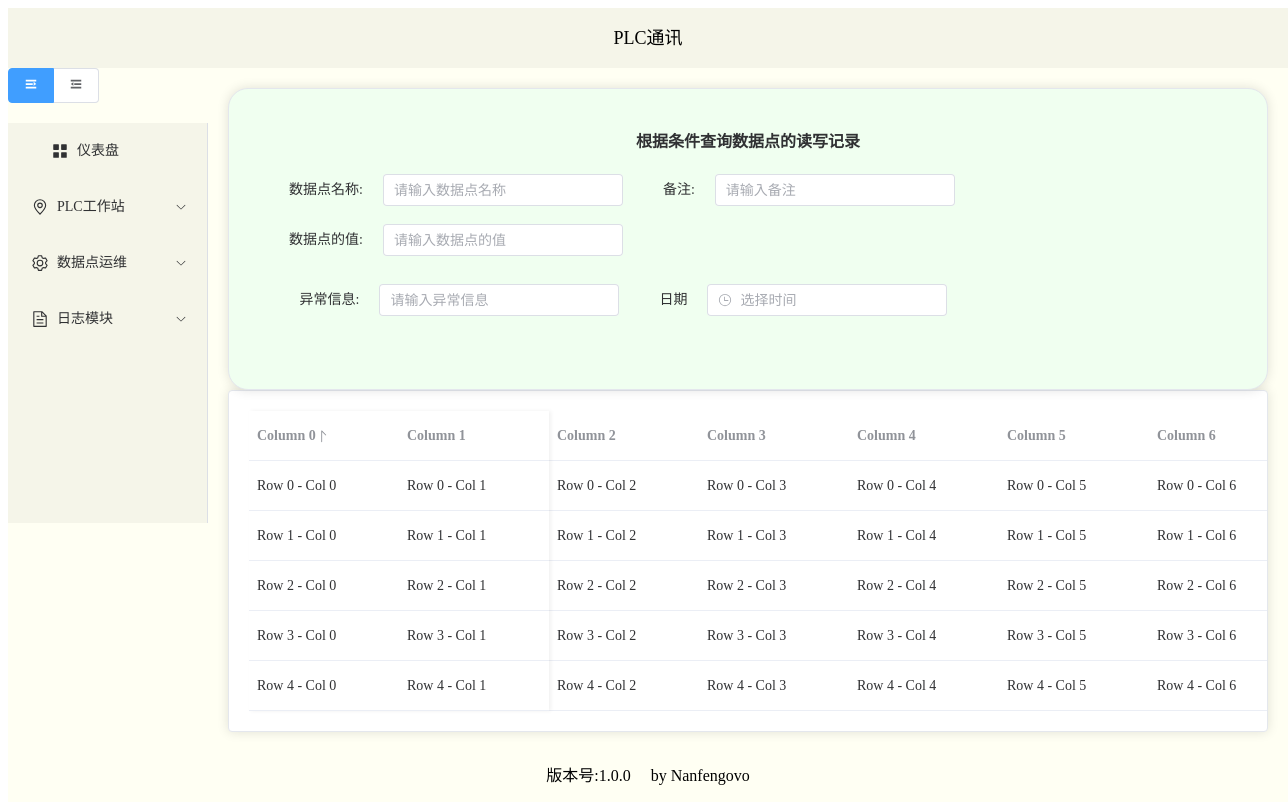
Repository: nanfengovo/HelperWorkStation
Page: /#/frameWork/PLCWorkstation/S7 (app in HelperWorkStation/plchelper-ui/)
An editor plug-in stored every save of this project. The page is shown before and after the next save, followed by the edit.
The browser window is 1280 px wide. The page is 1288 px wide, so the pictures cover 1288 px, including what lies to the right of the window. The pictures show the whole page.
The project was rebuilt for these pictures with package versions that can differ from the ones it lists, and the page was loaded fresh each time. Also part of the build but not shown: HelperWorkStation/plchelper-ui/vite.config.ts, HelperWorkStation/plchelper-ui/src/views/Login/index.vue.

Above is the page before, as saved 2025-02-16 21:59:11.

After the next save:
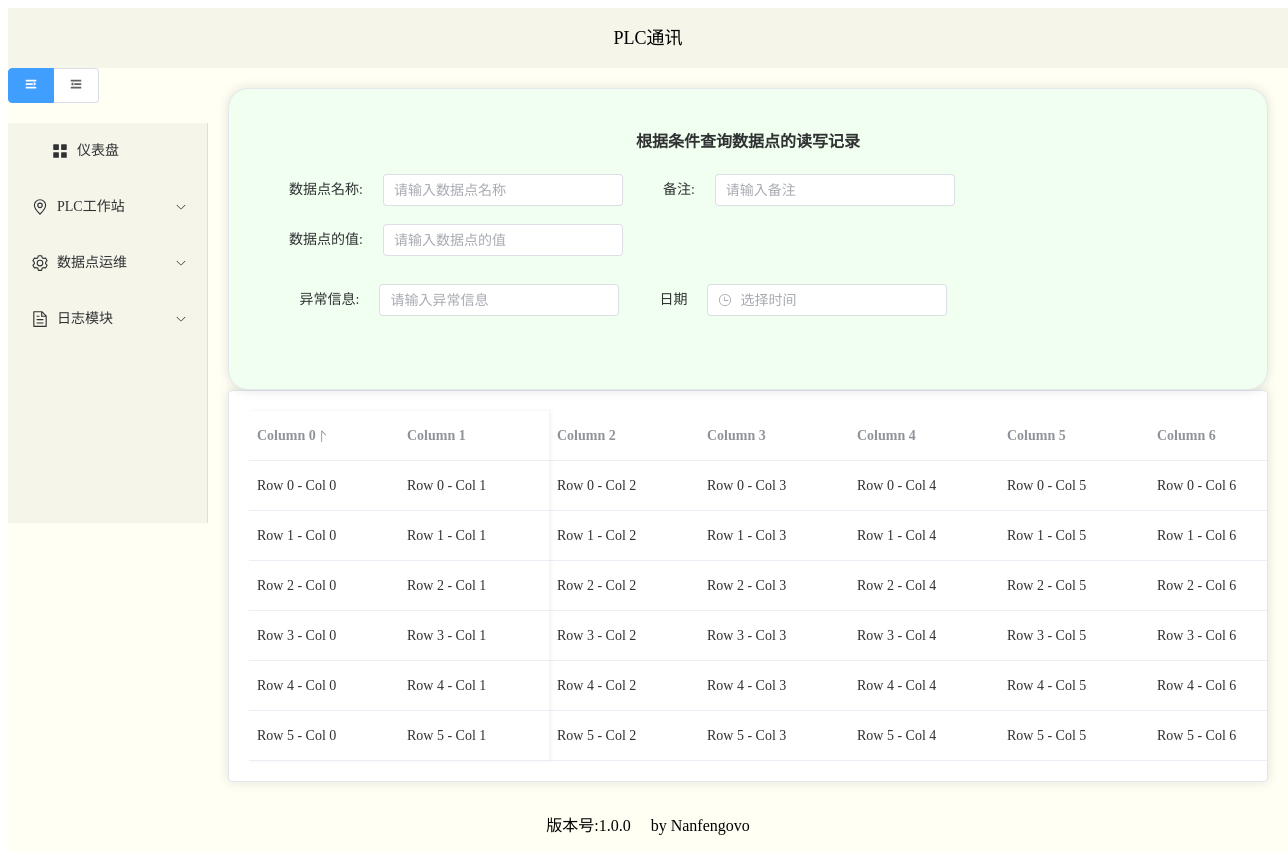
Saved 43 s later.
--- a/HelperWorkStation/plchelper-ui/src/views/FrameWork/layout/PLCWorkstation/S7/index.vue
+++ b/HelperWorkStation/plchelper-ui/src/views/FrameWork/layout/PLCWorkstation/S7/index.vue
@@ -68,7 +68,7 @@
         :data="data"
         :sort-by="sortBy"
         :width=1300
-        :height="300"
+        :height="350"
         fixed
         @column-sort="onSort"
     />
